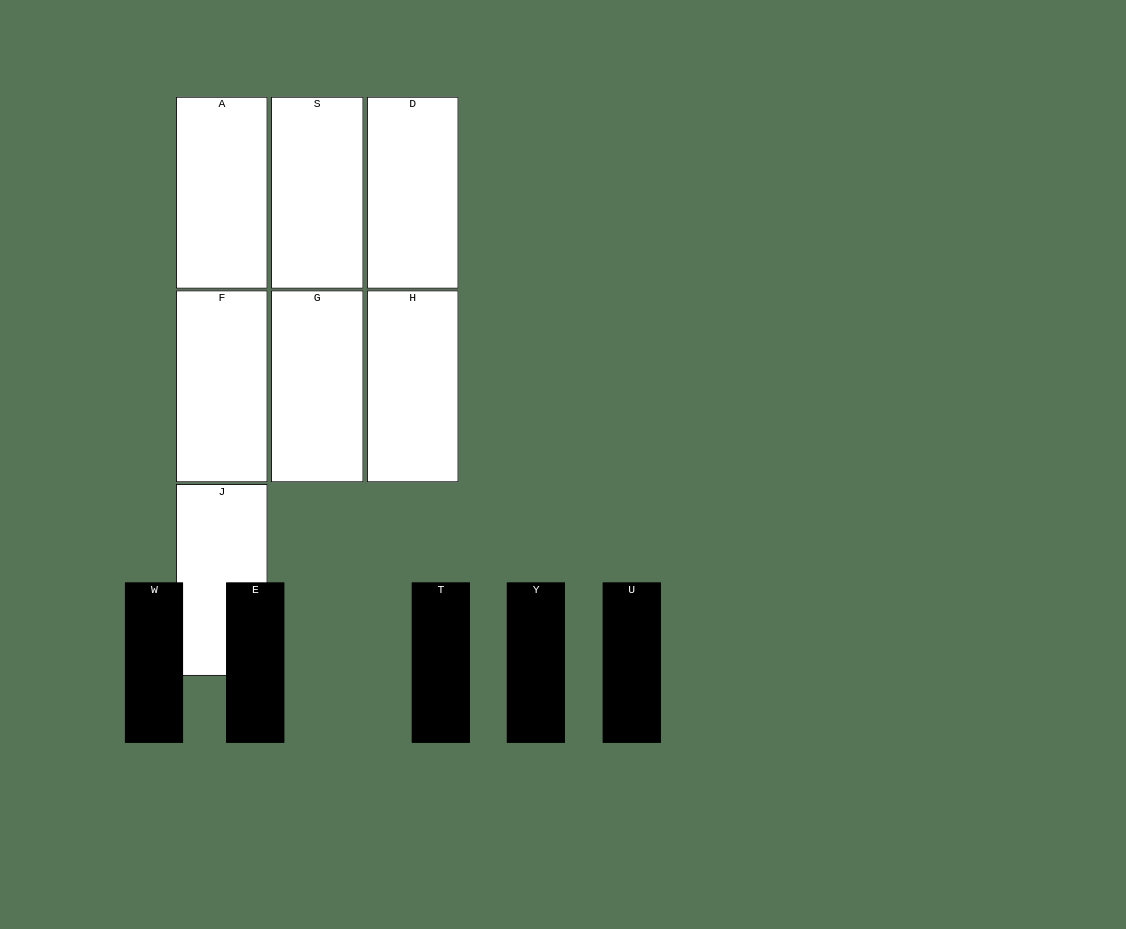
Repository: ctcoleman/Virtual-Piano
Page: index.html
An editor plug-in stored every save of this project. The page is shown before and after a run of saves, followed by the edit.
The browser window is 1280 px wide. The pictures show the whole page, at 88% of full size.

Above is the page before, as saved 2020-07-20 09:19:44.

### index.html
<!DOCTYPE html>
<html>

<head>
    <meta charset="utf-8">
    <link type="text/css" rel="stylesheet" href="./index.css">
    <title>Chris's Keyboard Piano</title>
</head>

<body>
    <div class="container">
        <div class="white-keys">
            <kbd class="white-key" id="KeyA">A</kbd>
            <kbd class="white-key" id="KeyS">S</kbd>
            <kbd class="white-key" id="KeyD">D</kbd>
            <kbd class="white-key" id="KeyF">F</kbd>
            <kbd class="white-key" id="KeyG">G</kbd>
            <kbd class="white-key" id="KeyH">H</kbd>
            <kbd class="white-key" id="KeyJ">J</kbd>
        </div>
        <div class="black-keys">
            <kbd class="black-key" id="KeyW">W</kbd>
            <kbd class="black-key" id="KeyE">E</kbd>
            <kbd class="black-key" id="KeyT">T</kbd>
            <kbd class="black-key" id="KeyY">Y</kbd>
            <kbd class="black-key" id="KeyU">U</kbd>
        </div>
    </div>
    <script src="./index.js"></script>
</body>

</html>

### index.css
/*
=== Basic Styling ===
 */
html {
    background: rgba(1, 46, 1, 0.664);
    color: black;
    box-sizing: border-box;
}

/*
=== Keyboard Styling ===
*/
.container {
    /* position: relative; */
    width: 60vw;
    height: 30vh;
    /* margin: 35vh 15vw; */
}
/*
=== White Keys Styling ===
*/
.white-keys {
    margin: 15vh 15vw;
}
.white-key {
    display: inline-block;
    text-align: center;
    width: 8vw;
    height: 30vh;
    background: white;
    border: 1px solid black;
}
/*
=== Black Keys Styling ===
*/
.black-keys {
    margin: 10vh 5vw;
}
.black-key {
    position: relative;
    z-index: 1;
    top: -30vh;
    text-align: center;
    display: inline-block;
    width: 5vw;
    height: 25vh;
    background: black;
    color: white;
    border: 1px solid black;
}
#KeyW {
    left: 5.5vw;
}
#KeyE {
    left: 9vw;
}
#KeyT {
    left: 20vw;
}
#KeyY {
    left: 23vw;
}
#KeyU {
    left: 26vw;
}

### index.js
const aKey = document.getElementById('KeyA')
const sKey = document.getElementById('KeyS')
const dKey = document.getElementById('KeyD')
const fKey = document.getElementById('KeyF')
const gKey = document.getElementById('KeyG')
const hKey = document.getElementById('KeyH')
const jKey = document.getElementById('KeyJ')
const wKey = document.getElementById('KeyW')
const eKey = document.getElementById('KeyE')
const tKey = document.getElementById('KeyT')
const yKey = document.getElementById('KeyY')
const uKey = document.getElementById('KeyU')






const keys = [aKey, sKey, dKey, fKey, gKey, hKey, jKey, wKey, eKey, tKey, yKey, uKey]
console.log(keys)
document.addEventListener('keypress', (keyPressed) => {
    const key = keyPressed.code
    switch (key) {
        case keys[0].id:
            new Audio('./keys/A.mp3').play()
            break
        case keys[1].id:
            new Audio('./keys/S.mp3').play()
            break
        case keys[2].id:
            new Audio('./keys/D.mp3').play()
            break
        case keys[3].id:
            new Audio('./keys/F.mp3').play()
            break
        case keys[4].id:
            new Audio('./keys/G.mp3').play()
            break
        case keys[5].id:
            new Audio('./keys/H.mp3').play()
            break
        case keys[6].id:
            new Audio('./keys/J.mp3').play()
            break
        case keys[7].id:
            new Audio('./keys/W.mp3').play()
            break
        case keys[8].id:
            new Audio('./keys/E.mp3').play()
            break
        case keys[9].id:
            new Audio('./keys/T.mp3').play()
            break
        case keys[10].id:
            new Audio('./keys/Y.mp3').play()
            break
        case keys[11].id:
            new Audio('./keys/U.mp3').play()
            break
        default:
            console.log('Invalid Key Press')
    }
})

After the next 2 saves:
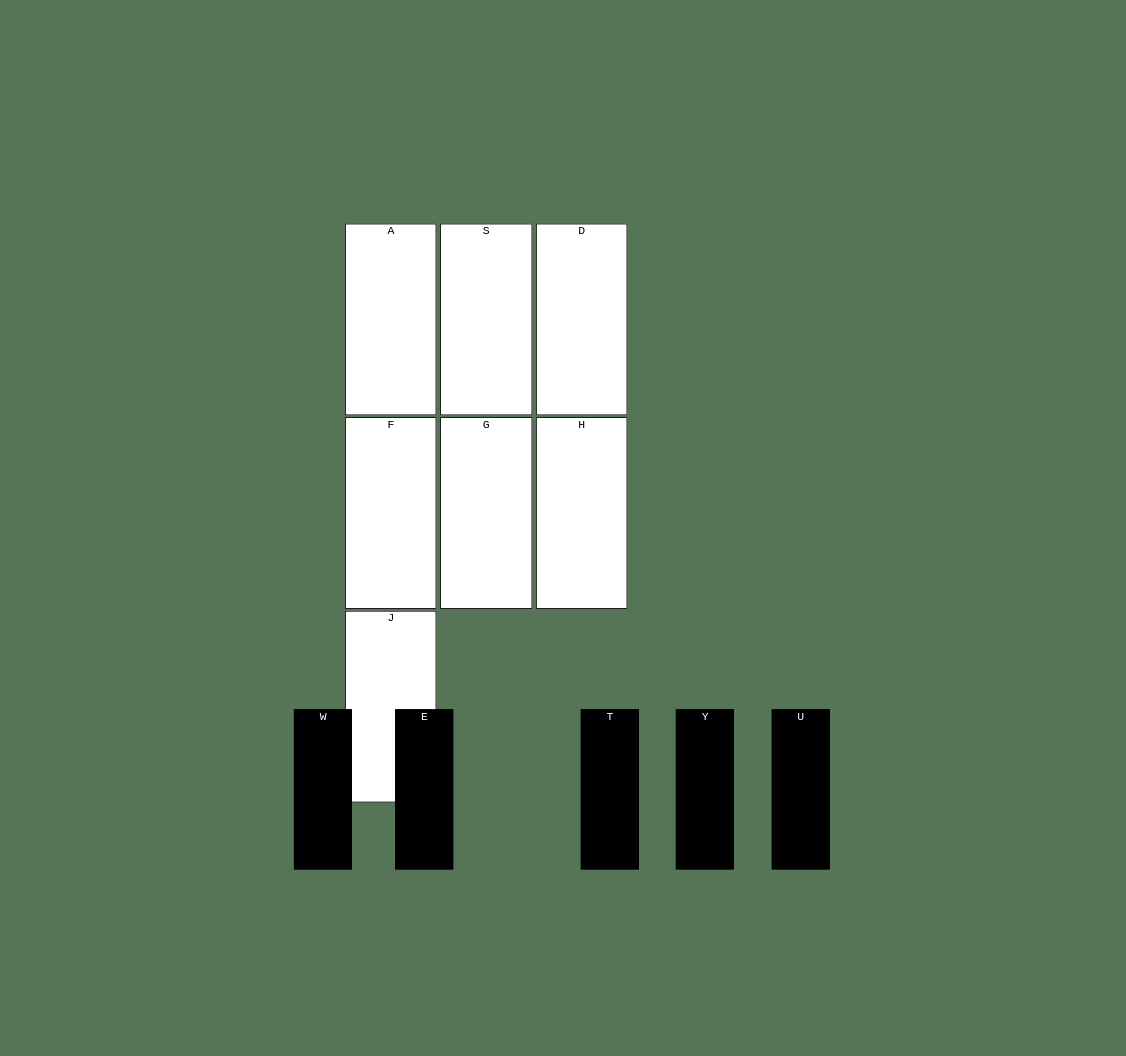
The 2 saves are shown as one change because they came seconds apart.
The last was saved 9 s later.
--- a/index.css
+++ b/index.css
@@ -11,10 +11,10 @@ html {
 === Keyboard Styling ===
 */
 .container {
-    /* position: relative; */
+    position: relative;
     width: 60vw;
     height: 30vh;
-    /* margin: 35vh 15vw; */
+    margin: 35vh 15vw;
 }
 /*
 === White Keys Styling ===
